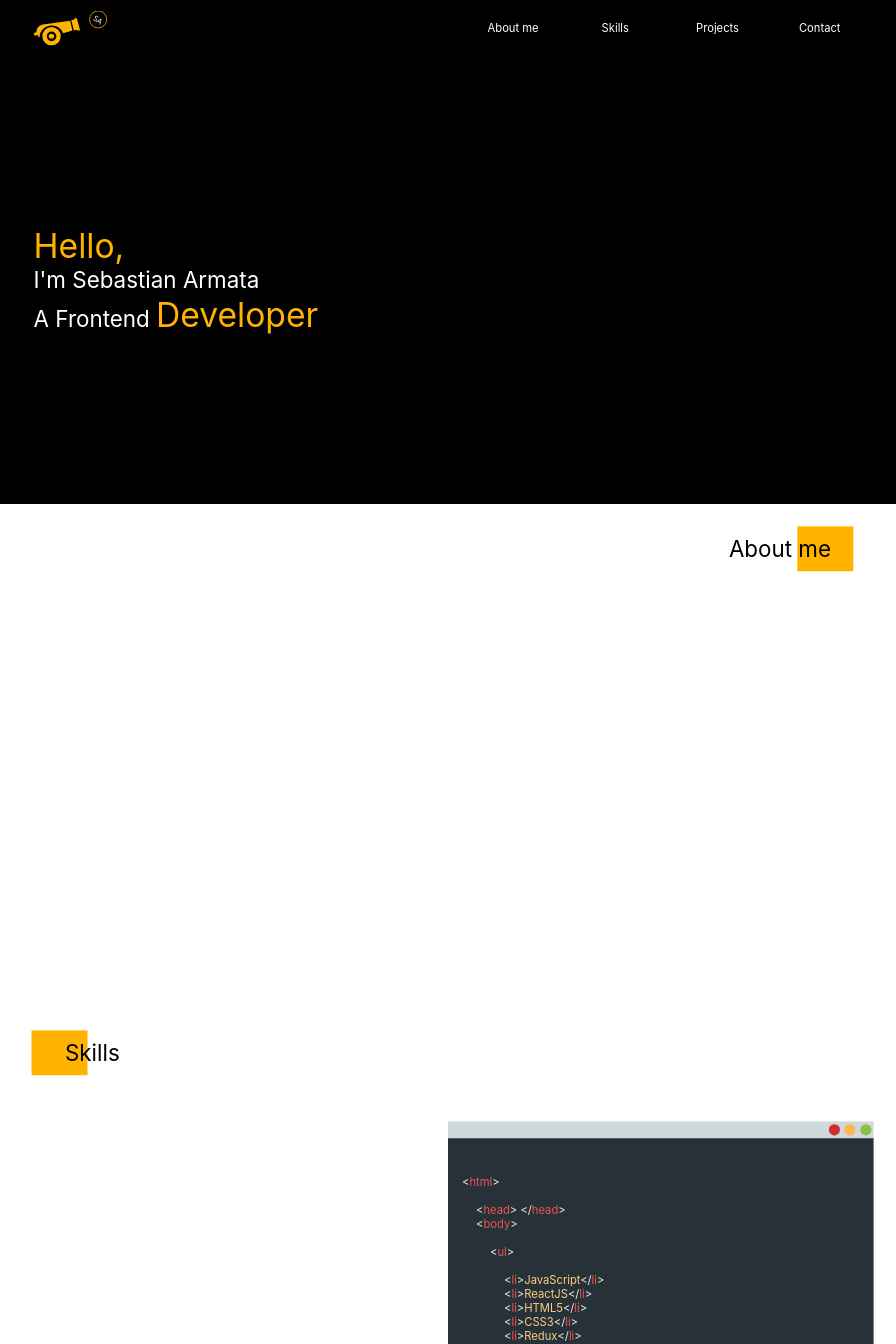
Repository: SebastianArmata22/Portfolio
Page: /
The author's editor kept a copy of each file at every save. The page is drawn from the files as they stood at one save, then again after the next save.
The browser window is 1280 px wide. The pictures show the part of the page from y = 0 to 1920 px (the page is 3664 px tall), at 70% of full size.
The project was rebuilt for these pictures with package versions that can differ from the ones it lists, and the page was loaded fresh each time.

Above is the page before, as saved 2021-02-24 18:28:27.

After the next save:
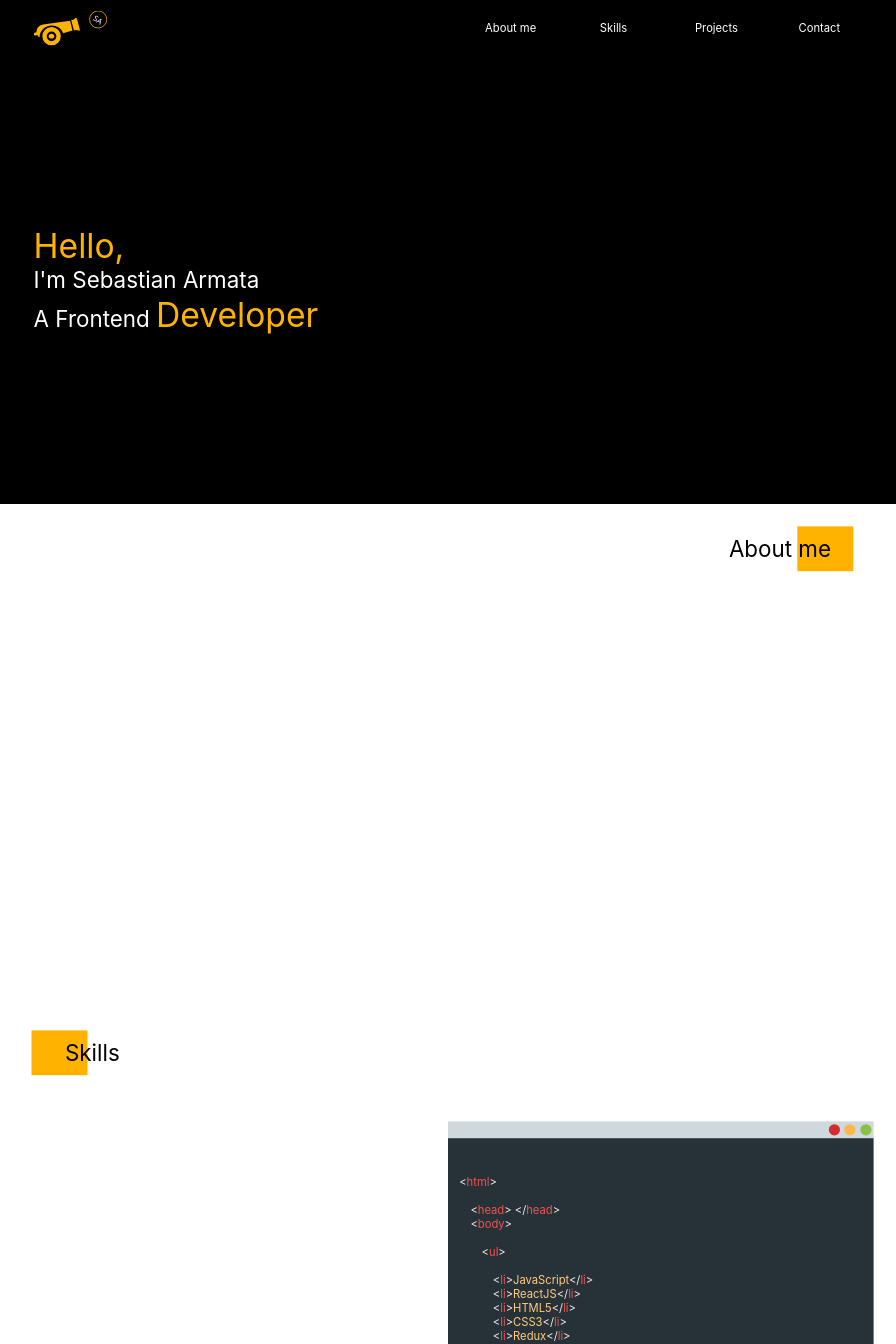
Saved 28 s later.
--- a/src/components/consoleSkills/consoleSkills.module.scss
+++ b/src/components/consoleSkills/consoleSkills.module.scss
@@ -6,7 +6,7 @@
 ul {
     list-style: none;
     color: #EFEBE9;
-    padding-left: 20px;
+    padding-left: 1rem;
     padding-right: 20px;
     margin-top: 20px;
     margin-bottom: 20px;
